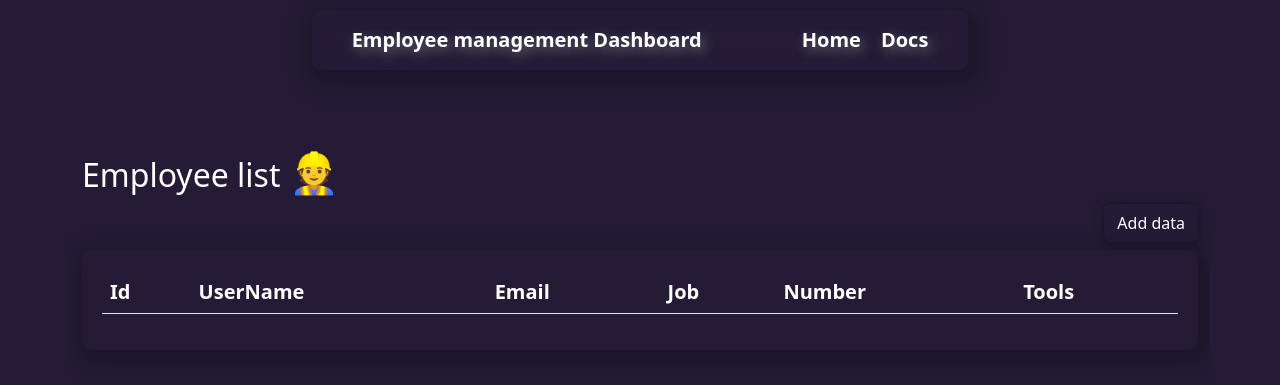
Repository: iamevs/Employee-Management-System
Page: /home (app in client/)
The author's editor kept a copy of each file at every save. The page is drawn from the files as they stood at one save, then again after the next save.
The browser window is 1280 px wide. The pictures show the whole page.
The page's requests for data from a server got no answer. The project was rebuilt for these pictures with package versions that can differ from the ones it lists, and the page was loaded fresh each time. No one was signed in, and anything a server would have sent is missing. Also part of the build but not shown: client/vite.config.js, client/src/components/Register.jsx, client/src/components/Edit.jsx, client/src/components/Hero.jsx. Imported but missing from the stored project, and not drawn on this page: client/src/components/Details.

Above is the page before, as saved 2022-11-29 00:23:09.

### client/index.html
<html lang="en">
  <head>
    <meta charset="UTF-8" />
    <link rel="icon" type="image/svg+xml" href="/vite.svg" />
    <meta name="viewport" content="width=device-width, initial-scale=1.0" />
    <title>employee-management</title>
  </head>
  <body>
    <div id="root"></div>
    <script type="module" src="/src/main.jsx"></script>
  </body>
</html>

### client/src/main.jsx
import React, { StrictMode } from 'react';
import ReactDOM from 'react-dom';
import { createRoot } from "react-dom/client";
import './index.css';
import App from './App';
import { BrowserRouter } from "react-router-dom"
import ContextProvider from "./components/context/ContextProvider";
// root.render(
//   <StrictMode>
//   <ContextProvider>
//     <BrowserRouter>
//       <App />
//     </BrowserRouter>
//   </ContextProvider>
//   </StrictMode>
//   ,
//   document.getElementById('root')
// );


createRoot(document.getElementById('root')).render(
  <ContextProvider>
    <BrowserRouter>
      <App />
    </BrowserRouter>
  </ContextProvider>
)

### client/src/index.css
body {
  margin: 0;
  font-family: -apple-system, BlinkMacSystemFont, 'Segoe UI', 'Roboto', 'Oxygen',
    'Ubuntu', 'Cantarell', 'Fira Sans', 'Droid Sans', 'Helvetica Neue',
    sans-serif;
  -webkit-font-smoothing: antialiased;
  -moz-osx-font-smoothing: grayscale;
  background-color: #251B37 !important;
  color: #fff !important;
}

code {
  font-family: source-code-pro, Menlo, Monaco, Consolas, 'Courier New',
    monospace;
}

.btns{
  display: flex;
  justify-content: space-between;
}

.btns > .tool, .tool{
  /* border: 1px solid #fff; */
  backdrop-filter: blur(10px);
  box-shadow: 0px 0px 9px 1px rgb(0 0 0 / 35%);
}

### client/src/App.jsx
import './App.css';
import "../node_modules/bootstrap/dist/css/bootstrap.min.css"
import "../node_modules/bootstrap/dist/js/bootstrap.bundle.min.js"
import Navbar from './components/Navbar';
import Home from './components/Home';
import Register from './components/Register';
import Edit from './components/Edit';
import Details from './components/Details';
import Hero from "./components/Hero.jsx";
import {Routes,Route} from "react-router-dom"




function App() {
  return (
   <>
    <Navbar />
    <Routes>
      <Route path="/" element={<Hero/>} />
      <Route  path="/home" element={<Home/>} />
      <Route exact path="/register" element={<Register/>} />
      <Route exact path="/edit/:id" element={<Edit/>} />
      <Route exact path="/view/:id" element={<Details/>} />
    </Routes>

   </>
  );
}

export default App;

### client/src/components/context/ContextProvider.jsx
import React, { createContext, useState } from 'react'


export const adddata = createContext("");
export const updatedata = createContext("");
export const deldata = createContext("");

const ContextProvider = ({ children }) => {

    const [udata, setUdata] = useState("");
    const [updata, setUPdata] = useState("");
    const [dltdata, setDLTdata] = useState("");


    return (
        <adddata.Provider value={{ udata, setUdata }}>
            <updatedata.Provider value={{ updata, setUPdata }}>
                <deldata.Provider value={{dltdata, setDLTdata}}>
                    {children}
                </deldata.Provider>

            </updatedata.Provider>

        </adddata.Provider>
    )
}

export default ContextProvider;

### client/src/App.css
.add_btn{
  text-align: right;
}

.container{
  overflow: auto;
}

.left_view h3{
  font-size: 21px;
}

.left_view p{
  font-weight: 600;
}

.left_view span{
  font-weight: 400;
}

.right_view p{
  font-weight: 600;
}


.right_view span{
  font-weight: 400;
}

### client/src/components/Navbar.jsx
import React from 'react'
import { NavLink } from 'react-router-dom'
import { Box, Stack } from "@mui/material";


const Navbar = () => {
    return (
        <Stack justifyContent={"center"} direction={"row"} marginTop={"10px"}>
            <Box justifyContent={"space-between"} className="navbar navbar-expand-lg text-white" sx={{
                backgroundColor: "transparent",
                backdropFilter: "blur(10px) !important",
                position: "relative",
                color: "white",
                boxShadow: "4px 7px 20px 11px rgb(0 0 0 / 20%)",
                height: "60px",
                padding: "0 40px 0 40px",
                width: "auto",
                borderRadius: "10px"
            }}>
                <Box sx={{
                    fontSize: "20px",
                    textShadow: "3px 4px 12px #6c757d",
                    fontWeight: "bold",
                    marginRight: "100px"
                }}>Employee management Dashboard</Box>
                <Box direction={"row"}>
                    <a href="/home" style={{
                        color: "white",
                        fontSize: "20px",
                        textShadow: "3px 4px 12px #6c757d",
                        fontWeight: "bold",
                        textDecoration: "none",
                    }}>Home</a>
                    <a href="/" style={{
                        color: "white",
                        fontSize: "20px",
                        textShadow: "3px 4px 12px #6c757d",
                        fontWeight: "bold",
                        textDecoration: "none",
                        marginLeft: "20px"
                    }}>Docs</a>

                </Box>
            </Box>
        </Stack>
    )
}

export default Navbar

### client/src/components/Home.jsx
import React, { useState, useEffect, useContext } from 'react'
import ReadMoreRoundedIcon from '@mui/icons-material/ReadMoreRounded';
import NoteAltOutlinedIcon from '@mui/icons-material/NoteAltOutlined';
import DeleteOutlineIcon from '@mui/icons-material/DeleteOutline';
import { NavLink } from 'react-router-dom';
import { adddata, deldata } from './context/ContextProvider';
import { updatedata } from './context/ContextProvider'
import ReactTooltip from 'react-tooltip';

var getuserlink = "http://localhost:8001/getusers";


const Home = () => {

    const [getuserdata, setUserdata] = useState([]);

    console.log(getuserdata);

    const { udata, setUdata } = useContext(adddata);

    const { updata, setUPdata } = useContext(updatedata);

    const { dltdata, setDLTdata } = useContext(deldata);

    const getdata = async () => {

        const res = await fetch(getuserlink, {
            method: "GET",
            headers: {
                "Content-Type": "application/json"
            }
        });

        const data = await res.json();
        console.log(data);

        if (res.status === 422 || !data) {
            console.log("error ");

        } else {
            setUserdata(data)
            console.log("get data");

        }
    }

    useEffect(() => {
        getdata();
    }, [])

    const deleteuser = async (id) => {

        const res2 = await fetch(`/deleteuser/${id}`, {
            method: "DELETE",
            headers: {
                "Content-Type": "application/json"
            }
        });

        const deletedata = await res2.json();
        console.log(deletedata);

        if (res2.status === 422 || !deletedata) {
            console.log("error");
        } else {
            console.log("user deleted");
            setDLTdata(deletedata)
            getdata();
        }

    }


    return (

        <>
            {
                udata ?
                    <>
                        <div className="alert alert-success alert-dismissible fade show" role="alert">
                            <strong>{udata.name}</strong>  added succesfully!
                            <button type="button" className="btn-close" data-bs-dismiss="alert" aria-label="Close"></button>
                        </div>
                    </> : ""
            }
            {
                updata ?
                    <>
                        <div className="alert alert-success alert-dismissible fade show" role="alert">
                            <strong>{updata.name}</strong>  updated succesfully!
                            <button type="button" className="btn-close" data-bs-dismiss="alert" aria-label="Close"></button>
                        </div>
                    </> : ""
            }

            {
                dltdata ?
                    <>
                        <div className="alert alert-danger alert-dismissible fade show" role="alert">
                            <strong>{dltdata.name}</strong>  deleted succesfully!
                            <button type="button" className="btn-close" data-bs-dismiss="alert" aria-label="Close"></button>
                        </div>
                    </> : ""
            }


            <div className="mt-5">
                <div className="container">

                    <h2 style={{ marginTop: "30px" }}>Employee list <span style={{ fontSize: "40px" }}>👷</span> </h2>
                    <div className="add_btn mt-2 mb-2">
                        <NavLink to="/register" className="btn text-white tool">Add data</NavLink>
                    </div>

                    <div className='table-responsive' style={{
                        backgroundColor: "transparent",
                        backdropFilter: "blur(10px) !important",
                        // position: "relative",
                        color: "white",
                        boxShadow: "4px 7px 20px 11px rgb(0 0 0 / 20%)",
                        borderRadius: "10px",
                        padding: "20px",
                        height: "auto",
                        marginBottom: "40px"
                    }}>
                        <table class="table">
                            <thead>
                                <tr className="table text-white col-6" style={{
                                    fontSize: "20px",
                                }}>
                                    <th scope="col">Id</th>
                                    <th scope="col">UserName</th>
                                    <th scope="col">Email</th>
                                    <th scope="col">Job</th>
                                    <th scope="col">Number</th>
                                    <th scope="col">Tools</th>
                                </tr>
                            </thead>
                            <tbody>

                                {
                                    getuserdata.map((val, ind) => {
                                        return (
                                            <tr className='text-white'>
                                                <th scope="row">{ind + 1}</th>
                                                <td>{val.name}</td>
                                                <td>{val.email}</td>
                                                <td>{val.work}</td>
                                                <td>{val.mobile}</td>
                                                <td className='btns'>
                                                    <NavLink to={`/view/${val._id}`} className="btn text-white tool" data-tip="More Details"><ReadMoreRoundedIcon /></NavLink>
                                                    <NavLink to={`/update/${val._id}`} className="btn text-white tool" data-tip="Edit Details"><NoteAltOutlinedIcon /></NavLink>
                                                    <button onClick={() => deleteuser(val._id)} className="btn text-white tool" data-tip="Fire Employee"><DeleteOutlineIcon /></button>
                                                    <ReactTooltip />
                                                </td>
                                            </tr>
                                        )
                                    })
                                }
                            </tbody>
                        </table>
                    </div>
                </div>
            </div>
        </>
    )
}

export default Home

After the next save:
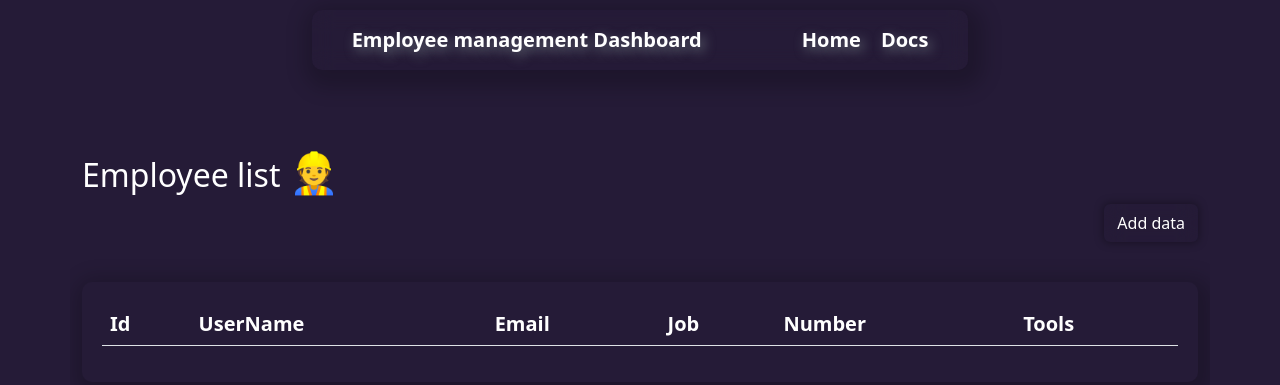
Saved 13 s later.
--- a/client/src/components/Home.jsx
+++ b/client/src/components/Home.jsx
@@ -121,7 +121,7 @@ const Home = () => {
                         borderRadius: "10px",
                         padding: "20px",
                         height: "auto",
-                        marginBottom: "40px"
+                        margin: "40px 0 40px 0"
                     }}>
                         <table class="table">
                             <thead>
